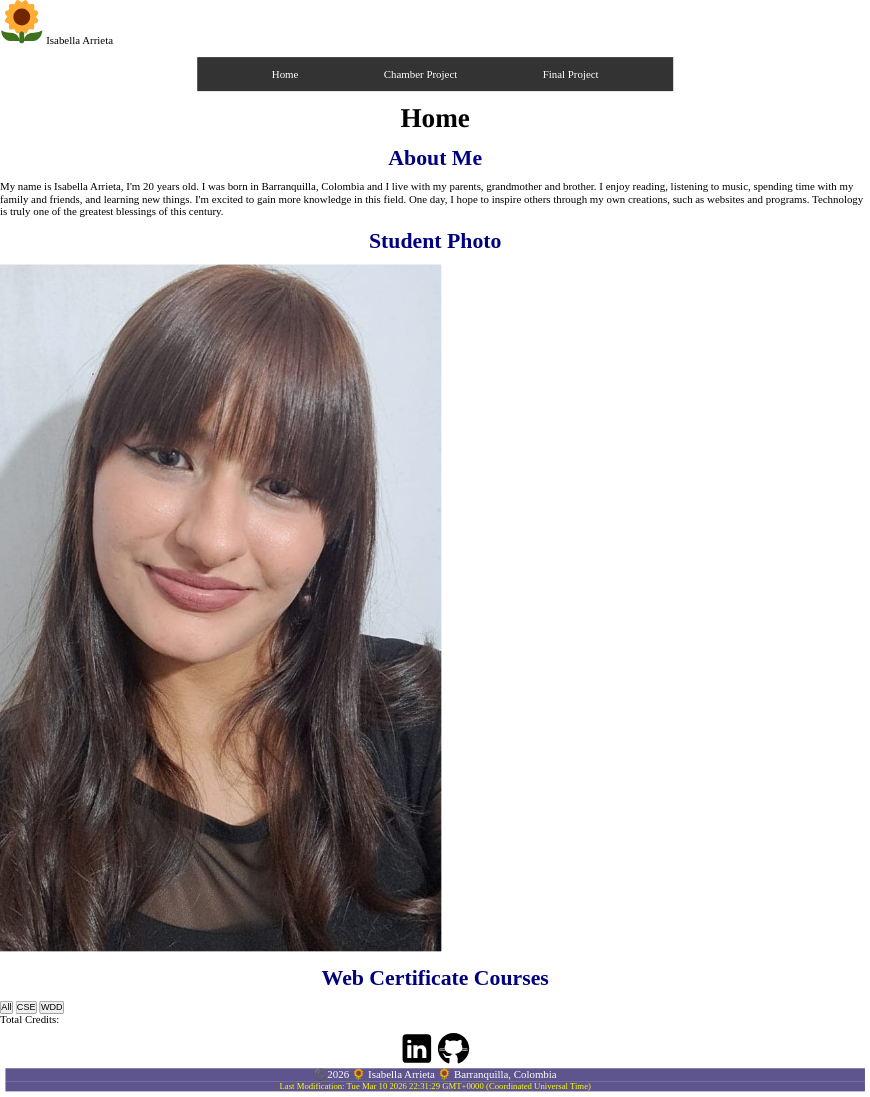
Repository: isaAJ05/wdd231
Page: index.html
These files come from the project's save history. The page is drawn as it stood at one moment and after the next save; the edit follows.
The browser window is 1280 px wide. The pictures show the whole page, at 68% of full size.
Some web fonts or font styles are not loaded; a fallback is used.

Above is the page before, as saved 2026-03-10 22:51:52.
Console error: SyntaxError: Invalid or unexpected token

After the next save:
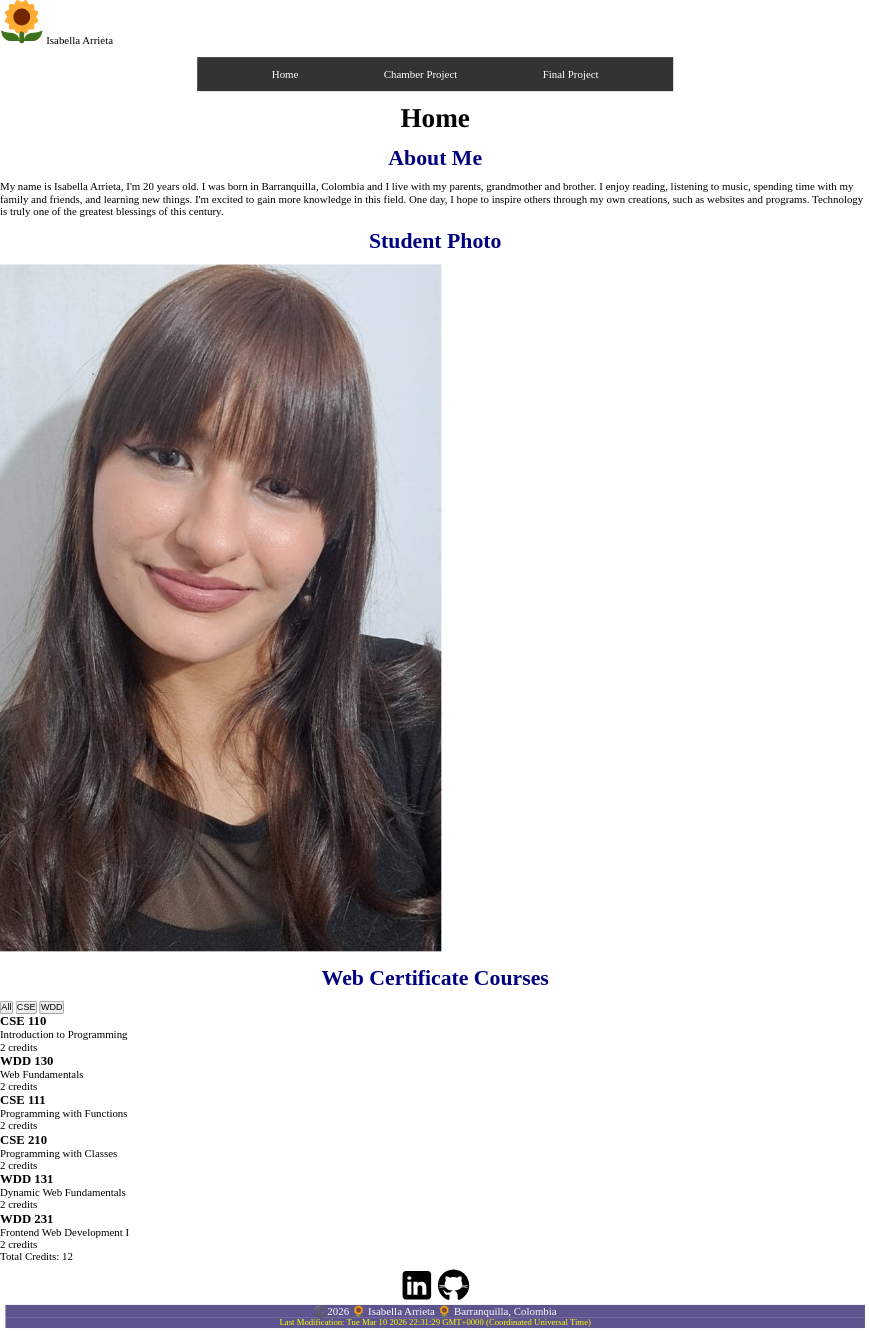
The error is gone.
Saved 5 s later.
--- a/scripts/courses.js
+++ b/scripts/courses.js
@@ -1,4 +1,4 @@
-# we se
+
 const courseContainer = document.querySelector("#courses");
 const totalCredits = document.querySelector("#totalCredits");
 
